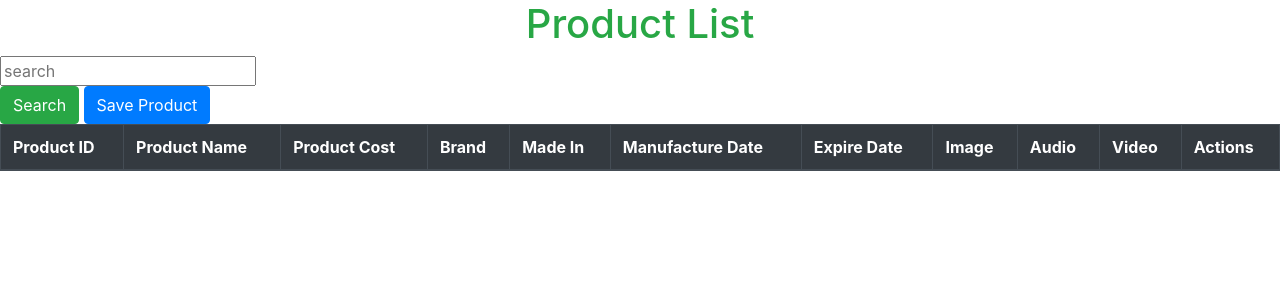
Repository: SaiDeepika973/Advanced-Java
Page: http://localhost/ProductManagementApplication/productlist.jsp
The author's editor kept a copy of each file at every save. The page is drawn from the files as they stood at one save, then again after the next save.
The browser window is 1280 px wide. The pictures show the whole page.
The page is served by Tomcat 9. Queries for data that is not in the repository find no rows.

Above is the page before, as saved 2024-03-10 17:50:54.

After the next save:
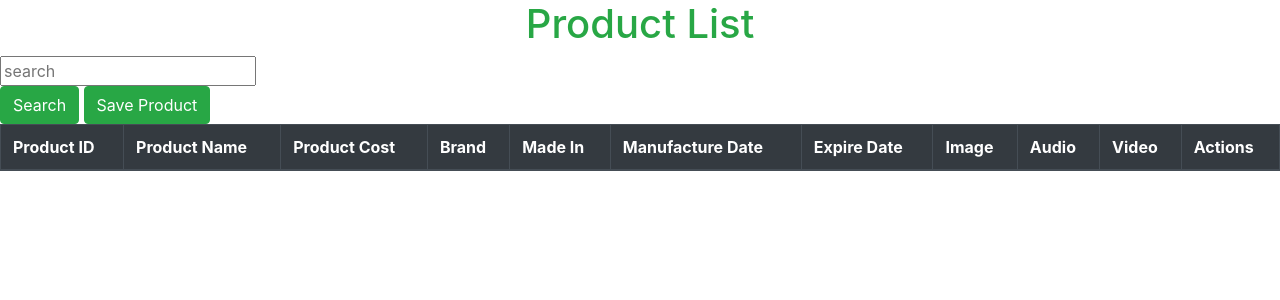
Saved 12 min 16 s later.
--- a/ProductManagementApplication/src/main/webapp/productlist.jsp
+++ b/ProductManagementApplication/src/main/webapp/productlist.jsp
@@ -22,7 +22,7 @@
 
 <div>
 <input type="submit" class="btn btn-success" value="Search">
-<a class="btn btn-primary" href="AddProduct.html">Save Product</a>
+<a class="btn btn-success" href="AddProduct.html">Save Product</a>
 </div>
 
 <div>
